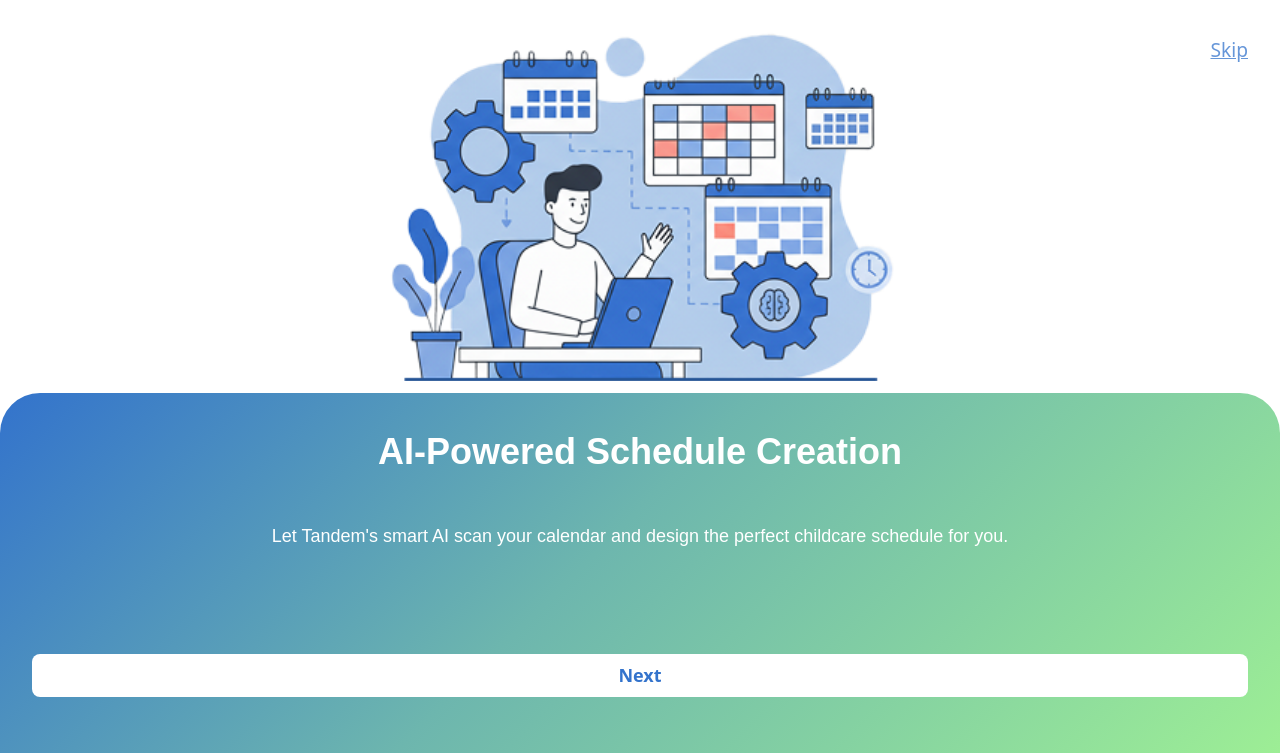
Repository: IDSP-TRADECARE/Tandem
Page: /boarding/features
An editor plug-in stored every save of this project. The page is shown before and after the next save, followed by the edit.
The browser window is 1280 px wide. The pictures show the whole page.
The page's requests for data from a server got no answer. Some web fonts or font styles are not loaded; a fallback is used. The project was rebuilt for these pictures with package versions that can differ from the ones it lists, and the page was loaded fresh each time. Some packages were replaced by stand-ins written for this rebuild. The framework's server and built-in components were replaced by stand-ins that run in the browser. No one was signed in, and anything a server would have sent is missing. Also part of the build but not shown: next.config.ts, src/app/components/auth/AuthGuard.tsx.

Above is the page before, as saved 2025-11-23 00:34:43.

After the next save:
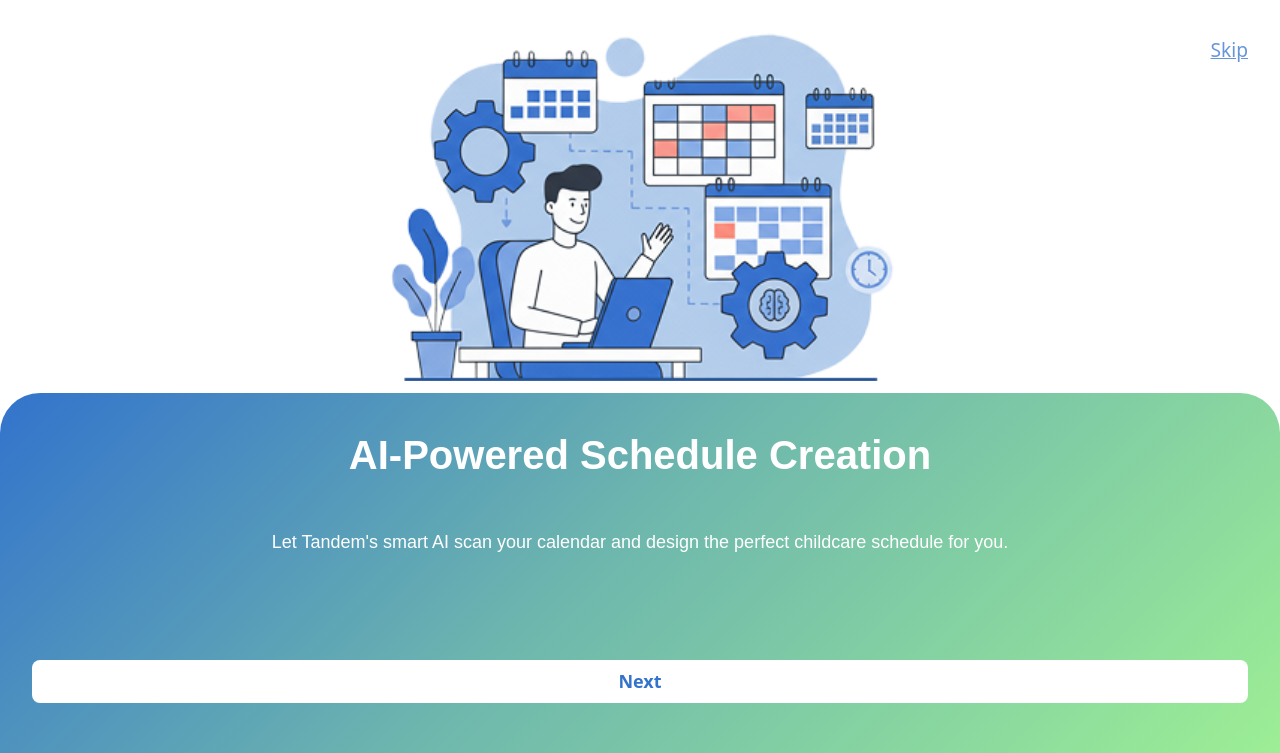
Saved 12 s later.
--- a/src/app/boarding/features/features.module.css
+++ b/src/app/boarding/features/features.module.css
@@ -90,7 +90,7 @@
 }
 
 .title {
-    font-size: 2.25rem;
+    font-size: 2.5rem;
     font-family: var(--font-family-alan);
     font-weight: 900;
     color: #fff;

After the save that followed:
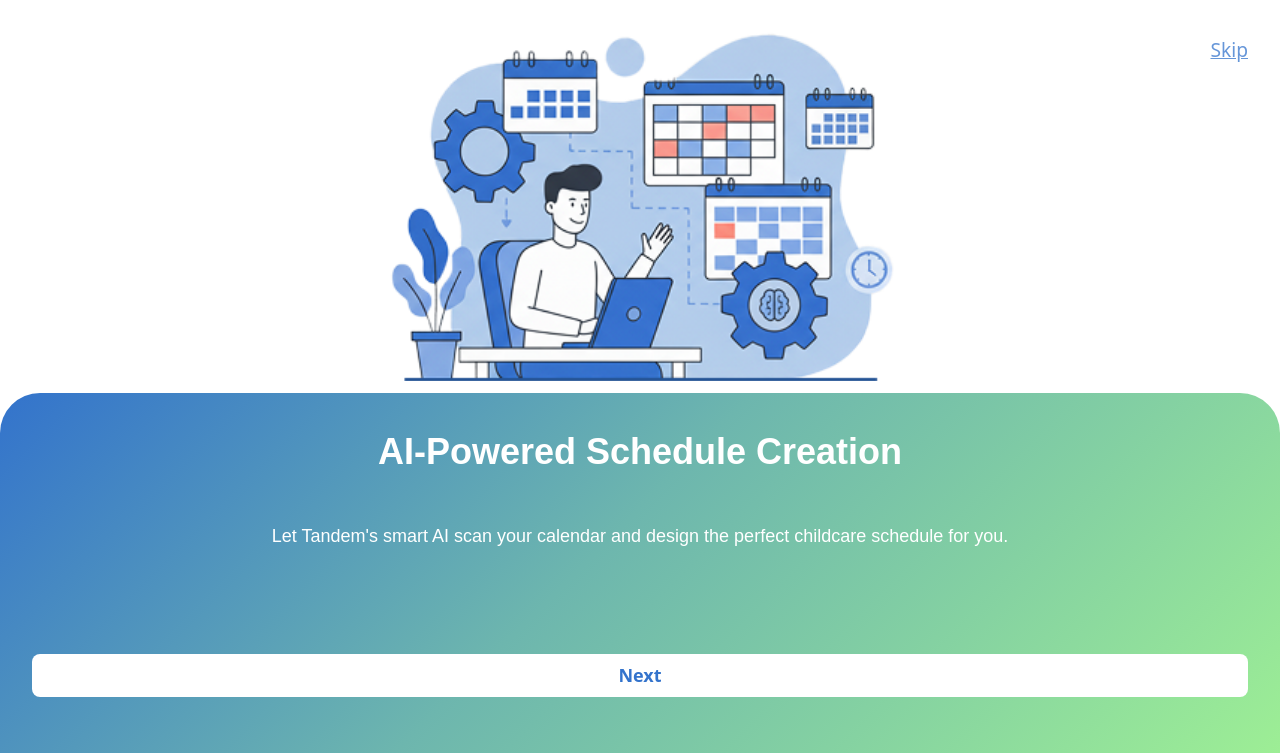
Saved 5 s later.
--- a/src/app/boarding/features/features.module.css
+++ b/src/app/boarding/features/features.module.css
@@ -90,7 +90,7 @@
 }
 
 .title {
-    font-size: 2.5rem;
+    font-size: 2.25rem;
     font-family: var(--font-family-alan);
     font-weight: 900;
     color: #fff;
